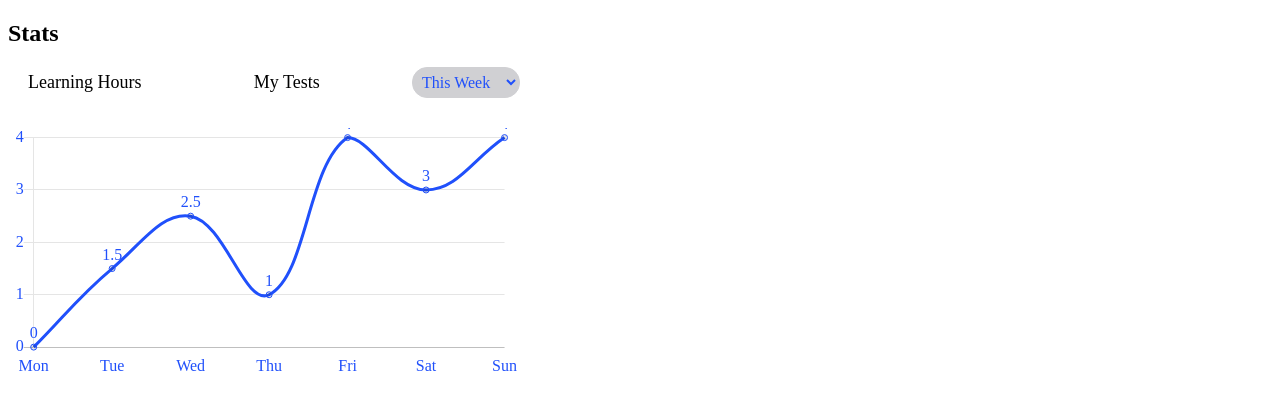
Repository: rafalzacher1/smartify-interface
Page: graphs/learning_graph.html
These files come from the project's save history. The page is drawn as it stood at one moment and after the next save; the edit follows.
The browser window is 1280 px wide. The pictures show the whole page.
Some web fonts or font styles are not loaded; a fallback is used. Some web libraries are served in a nearby version.

Above is the page before, as saved 2022-06-30 00:55:24.

After the next save:
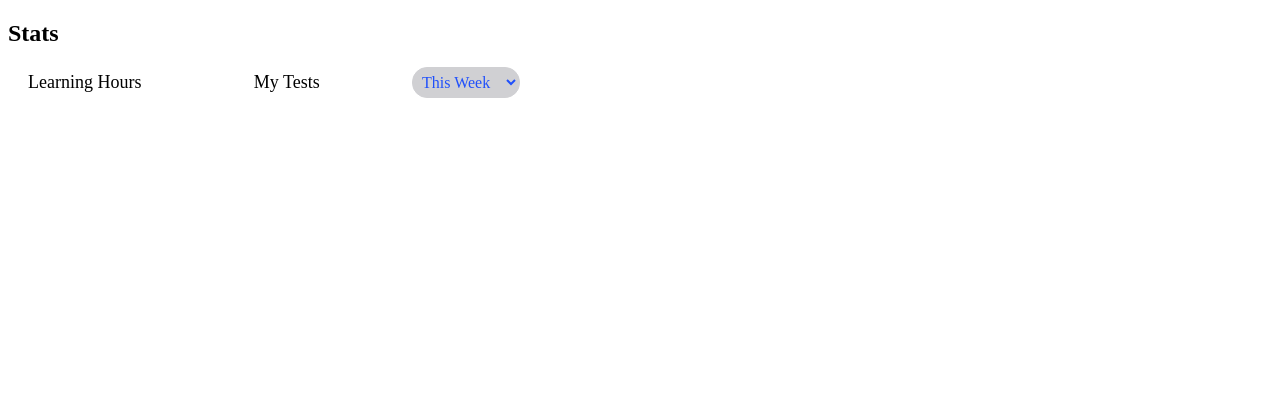
Console error: TypeError: Cannot read properties of null (reading 'getContext')
Saved 6 s later.
--- a/graphs/learning_graph.html
+++ b/graphs/learning_graph.html
@@ -23,7 +23,7 @@
             </div>
         </div>
 
-        <canvas id="learning_hours"></canvas>
+        <canvas id="learning-hours"></canvas>
     </div>
 
     <script src="./scripts/learningHours.js"></script>

After the save that followed:
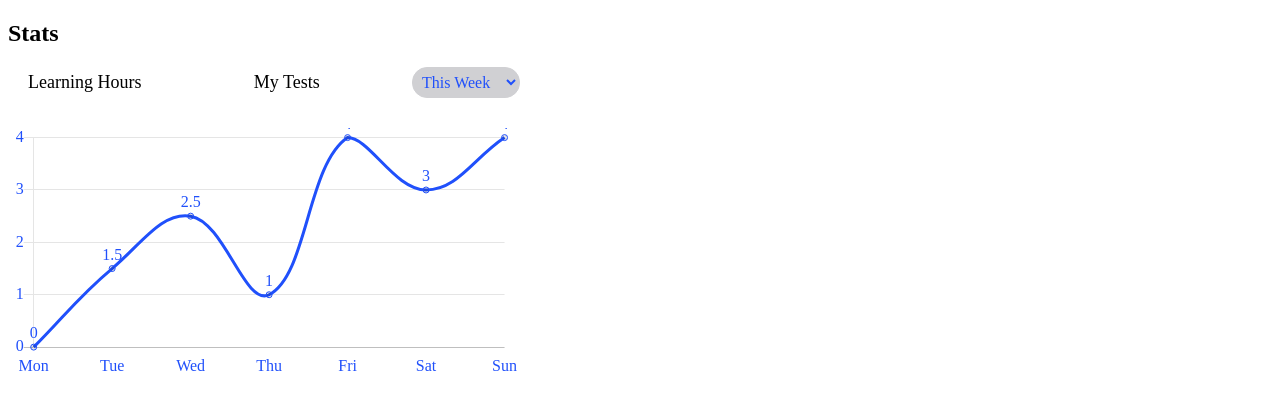
The error is gone.
Saved 12 s later.
--- a/graphs/scripts/learningHours.js
+++ b/graphs/scripts/learningHours.js
@@ -61,7 +61,7 @@ var learningOption = {
     }
 };
 //Code to drow Chart
-var ctx = document.getElementById('learning_hours').getContext('2d');
+var ctx = document.getElementById('learning-hours').getContext('2d');
 var LearningHoursChar = new Chart(ctx, {
     type: 'line',    	// Define chart type
     data: learningData,    	// Chart data
